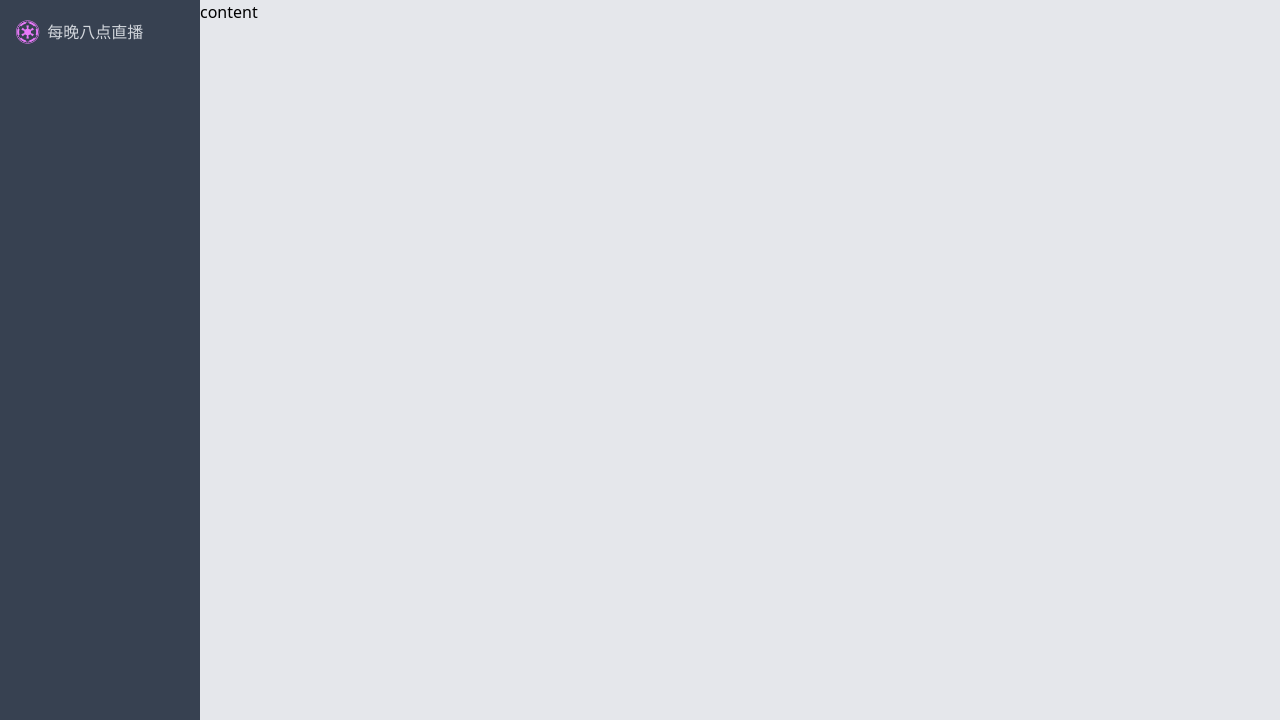
Repository: liangyingbo/vite-vue-TS
Page: /#/admin/home
An editor plug-in stored every save of this project. The page is shown before and after the next save, followed by the edit.
The browser window is 1280 px wide. The pictures show the whole page.
The project was rebuilt for these pictures with package versions that can differ from the ones it lists, and the page was loaded fresh each time. Also part of the build but not shown: vite.config.ts, src/components/form/HdButton.vue, src/components/form/HdInput.vue, src/components/form/hdLink.vue, src/styles/global.scss.

Above is the page before, as saved 2022-11-18 19:33:30.

After the next save:
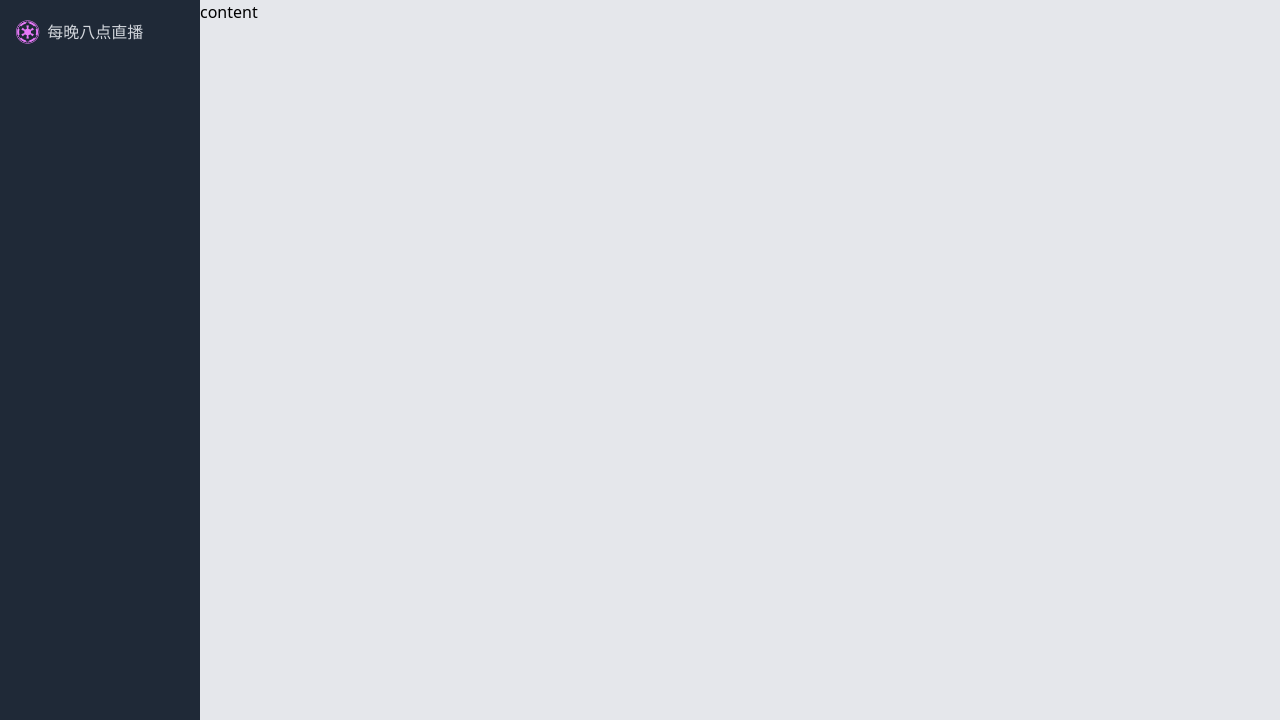
Saved 12 s later.
--- a/src/views/admin/home.vue
+++ b/src/views/admin/home.vue
@@ -1,6 +1,6 @@
 <template>
     <div class="w-screen h-screen flex ">
-        <div class="w-[200px] py-2 bg-gray-700">
+        <div class="w-[200px] py-2 bg-gray-800">
              <div class="text-white  flex items-center py-2 px-4">
                 <i class="fab fa-empire text-2xl text-fuchsia-400 mr-2"></i>
                 <span class="text-base text-gray-300">每晚八点直播</span>
